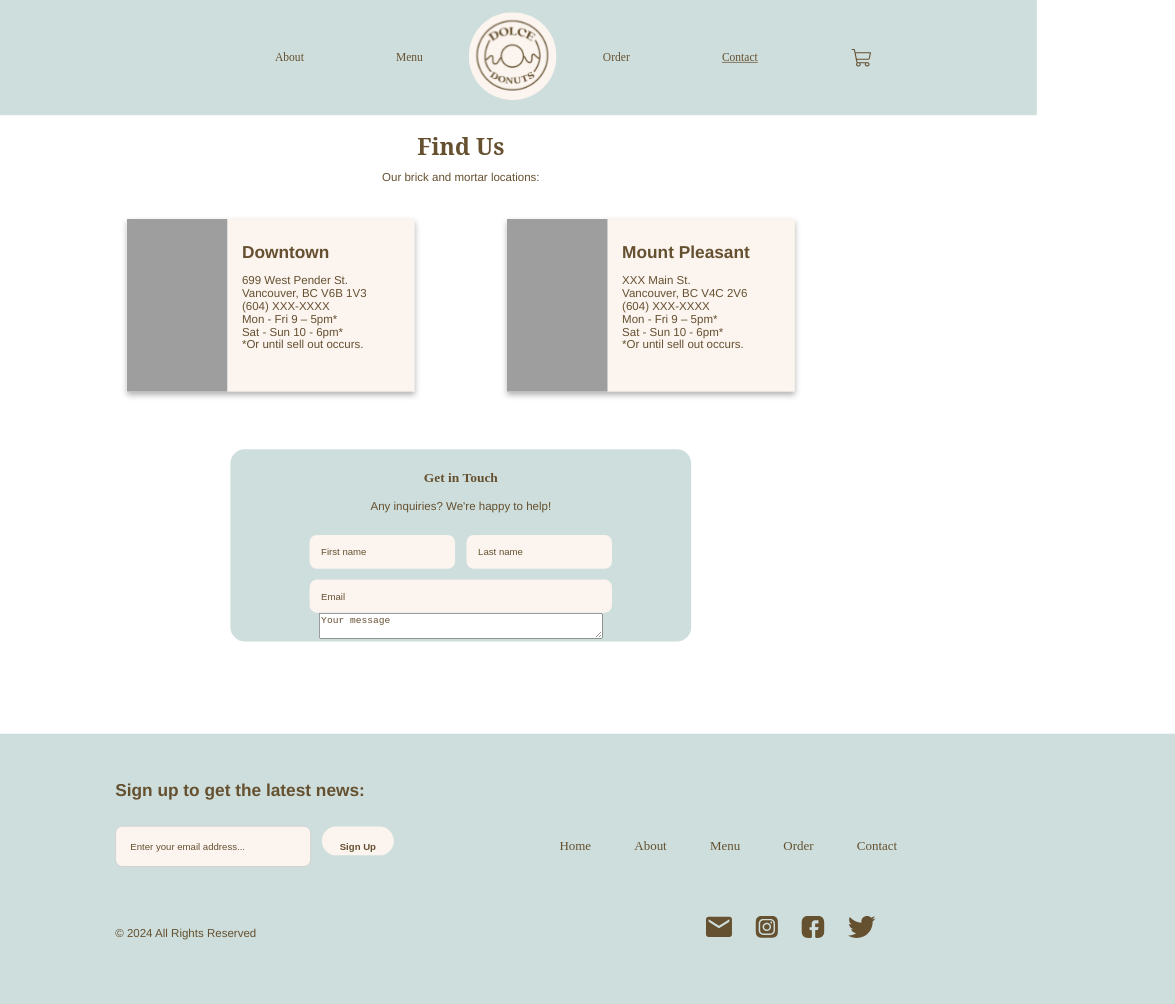
Repository: Crystalhtc/dolcedonuts
Page: /contact
An editor plug-in stored every save of this project. The page is shown before and after a run of saves, followed by the edit.
The browser window is 1280 px wide. The page is 1632 px wide, so the pictures cover 1632 px, including what lies to the right of the window. The pictures show the whole page, at 72% of full size.
Pictures or frames that could not be fetched are drawn as grey boxes. The project was rebuilt for these pictures with package versions that can differ from the ones it lists, and the page was loaded fresh each time. Also part of the build but not shown: vite.config.js, src/pages/Home.module.css, src/pages/Home.jsx, src/components/ProductCard/ProductCard.jsx, src/Data/products.js, src/pages/Order.css, src/pages/Menu.jsx, src/pages/Order.jsx and 13 more.

Above is the page before, as saved 2024-10-20 15:32:23.

### src/App.jsx
import React from 'react';
import "./App.css";
import { BrowserRouter as Router, Route, Routes } from 'react-router-dom';
import Header from './components/Header/Header';
import Footer from './components/Footer/Footer';
import Home from './pages/Home';
import Menu from './pages/menu';
import Order from './pages/order';
import Contact from './pages/Contact';
import About from './pages/About';
import Checkout from './pages/Checkout';
import Cart from './pages/Cart';
import ProductDetails from './pages/ProductDetails';
import PaymentReview from './pages/PaymentReview';

function App() {

  return (
    <Router>
      <Header />
      <Routes>
        <Route path="/" element={<Home />} />
        <Route path="/about" element={<About />} />
        <Route path="/menu" element={<Menu />} />
        <Route path="/order" element={<Order />} />
        {/* <Route path="/productdetails/:id" element={<ProductDetails />} /> */}
        <Route path="/productdetails" element={<ProductDetails />} />
        <Route path="/contact" element={<Contact />} />
        <Route path="/cart" element={<Cart />} />
        <Route path="/checkout" element={<Checkout />} />
        <Route path="/paymentreview" element={<PaymentReview />} />
      </Routes>
      <Footer />
    </Router>
  );
}

export default App;

### src/App.css
@import url('https://fonts.googleapis.com/css2?family=Arimo:ital,wght@0,400..700;1,400..700&display=swap');
@import url('https://fonts.googleapis.com/css2?family=Noto+Serif:ital,wght@0,100..900;1,100..900&display=swap');

:root {
    --mint: #CEDEDC;
    --cream: #FBF4EF;
    --pink: #F5CCD6;
    --dark-pink: #E3BBC5;
    --brown: #655030;
    --dark-brown: #4C3B22;
}
body {
    margin: 0 auto;
}
/* font */
/* heading, button */
h1 {
    font-family: "Noto Serif", serif;
    color: #655030;
    font-size: 28pt;
}
/* subheading */
h2 {
    font-size: 24pt;
    font-family: 'Arimo', sans-serif;
    color: #655030;
}
/* paragraph */
p {
    font-family: 'Arimo', sans-serif;
    color: #655030;
}

.container {
    max-width: 1440px;
    margin: 0 auto;
    height: auto;
    /* padding: 20px;  */
}

### src/components/Header/Header.jsx
import { NavLink } from 'react-router-dom';
import styles from './Header.module.css';
import logo from '../../assets/logo.svg';
import cartIcon from '../../assets/cart-icon.svg';

export default function Header() {
  return (
    <nav className={styles.nav}>
      <ul className={styles.navList}>
        <li className={styles.navItem}>
          <NavLink to="/about" className={({ isActive }) => (isActive ? styles.activeLink : undefined)}>About</NavLink>
        </li>
        <li className={styles.navItem}>
          <NavLink to="/menu" className={({ isActive }) => (isActive ? styles.activeLink : undefined)}>Menu</NavLink>
        </li>
        <li className={styles.logoContainer}>
          <NavLink to="/">
            <img src={logo} alt="Logo" className={styles.logo} />
          </NavLink>
        </li>
        <li className={styles.navItem}>
          <NavLink to="/order" className={({ isActive }) => (isActive ? styles.activeLink : undefined)}>Order</NavLink>
        </li>
        <li className={styles.navItem}>
          <NavLink to="/contact" className={({ isActive }) => (isActive ? styles.activeLink : undefined)}>Contact</NavLink>
        </li>
        <li className={styles.navItem}>
          <NavLink to="/cart" className={({ isActive }) => (isActive ? styles.activeLink : undefined)}>
            <img src={cartIcon} alt="Cart" className={styles.cartIcon} />
          </NavLink>
        </li>
      </ul>
    </nav>
  );
}

### src/components/Footer/Footer.jsx
import React from 'react';
import styles from './Footer.module.css';
import socialMediaIcons from '../../assets/social-media-icons.svg';

const Footer = () => {
    return (
        <footer className={styles.footer}> {/* Use styles for className */}
            <h2 className={styles.signUpMessage}>Sign up to get the latest news:</h2>

            <div className={styles.topContainer}>
                <div className={styles.newsletterSignup}> {/* Use styles for className */}
                    <input type="email" placeholder="Enter your email address..." />
                       <button className={styles.signupButton}>Sign Up</button> {/* Use styles for className */}
                </div>

                 <div className={styles.footerLinks}>
                     <ul className={styles.linkList}>
                        <li><a href="/">Home</a></li>
                        <li><a href="/about">About</a></li>
                        <li><a href="/menu">Menu</a></li>
                        <li><a href="/order">Order</a></li>
                        <li><a href="/contact">Contact</a></li>
                    </ul>
                </div>
            </div>

            <div className={styles.footerBottomContainer}>
                <p>© 2024 All Rights Reserved</p>
                <div className={styles.socialMedia}> {/* Use styles for className */}
                    <img src={socialMediaIcons} alt="Social Media Icons" />
                </div>
            </div>
        </footer>
    );
};

export default Footer;

### src/pages/Contact.jsx
import styles from './Contact.module.css';
import Form from '../components/ContactUsForm/ContactForm';

export default function Contact() {
    return(
        <div className={styles.contactUsContainer}>
            <h1 className={styles.contactUsH1}>Find Us</h1>
            <p>Our brick and mortar locations:</p>
                <div className={styles.contactUsCardContainer}>
                    <div className={styles.contactUsCard}>
                        <div className={styles.locationOne}>
                            <img src="https://images.unsplash.com/photo-1574033566548-f6c3f48cc11e?q=80&w=2160&auto=format&fit=crop&ixlib=rb-4.0.3&ixid=M3wxMjA3fDB8MHxwaG90by1wYWdlfHx8fGVufDB8fHx8fA%3D%3D"
                            alt="cafe table 1"
                            width={140}
                            height={240}
                            className={styles.contactUsImg}
                            />
                            <div>
                                <h2 className={styles.contactUsText}>Downtown</h2>
                                    <p className={styles.contactUsText}> 699 West Pender St.
                                    <br/>
                                    Vancouver, BC V6B 1V3
                                    <br/>
                                    (604) XXX-XXXX
                                    <br/>
                                    Mon - Fri  9 – 5pm*
                                    <br/>
                                    Sat - Sun 10 - 6pm*
                                    <br/>
                                    *Or until sell out occurs.
                                    </p>
                            </div>

                        </div>
                    </div>

                    <div className={styles.contactUsCard}>
                        <div className={styles.locationOne}>
                            <img src="https://images.unsplash.com/photo-1613274554329-70f997f5789f?q=80&w=2574&auto=format&fit=crop&ixlib=rb-4.0.3&ixid=M3wxMjA3fDB8MHxwaG90by1wYWdlfHx8fGVufDB8fHx8fA%3D%3D"
                            alt="cafe table 2"
                            width={140}
                            height={240}
                            className={styles.contactUsImg}
                            />
                            <div>
                                <h2 className={styles.contactUsText}>Mount Pleasant</h2>
                                    <p className={styles.contactUsText}> XXX Main St.
                                    <br/>
                                    Vancouver, BC V4C 2V6
                                    <br/>
                                    (604) XXX-XXXX
                                    <br/>
                                    Mon - Fri  9 – 5pm*
                                    <br/>
                                    Sat - Sun 10 - 6pm*
                                    <br/>
                                    *Or until sell out occurs.
                                    </p>
                            </div>
                        </div>
                    </div>
                </div>
            <Form/>
        </div>
    )
}

### src/components/Header/Header.module.css
.nav {
    width: 1440px;
    height: 160px;
    background-color: var(--mint);
    display: flex;
    justify-content: center;
    flex-shrink: 0;
    margin: auto;
}

.navList {
    list-style-type: none;
    display: flex;
    justify-content: center;
    align-items: center;
    margin: 0;
    padding: 0;
    width: 100%;

    margin-left: 11%;
}

.navItem {
    margin: 0 4rem;
}

.navItem a {
    text-decoration: none;
    color: var(--brown);
}

.logoContainer {
    flex: 0 0 auto;
}

.logo {
    width: 122px;
    height: 122px;
    object-fit: contain;
}

.cartIcon {
    width: 36px;
    height: auto;
}

.navItem .activeLink {
    text-decoration: underline;
    color: var(--brown);
}

### src/components/Footer/Footer.module.css
.footer {
    width: 1440px;
    height: 312px;
    background-color: var(--mint);
    padding: 2rem;
    color: var(--brown);
    padding-left: 10rem;
    flex-shrink: 0;
    margin: auto;
}

.topContainer {
    display: flex;
    align-items: center;
    gap: 10rem;
}

.footerBottomContainer {
    display: flex;
    margin-top: 3rem;
    gap: 39rem;
}

.newsletterSignup input {
    padding: 20px;
    width: 230px;
    border: 1px solid #ccc;
    background-color: var(--cream);
    border-radius: 10px;
}

.signupButton {
    width: 100px;
    padding: 20px;
    margin-left: 15px;
    background-color: var(--cream);
    color: var(--brown);
    font-weight: bold;
    border: none;
    border-radius: 20px;
}

.footerLinks {
    margin: 20px 0;
    display: flex;
    font-size: large;
}

.linkList a {
    color: var(--brown);
    list-style-type: none;
    text-decoration: none;
}

.linkList li {
    text-decoration: none;
    display: inline;
    margin: 0 30px;
}

.socialMedia img {
    width: 250px;
    height: auto;
}

### src/pages/Contact.module.css
.contactUsContainer {
    text-align: center;
}

.contactUsH1 {
    margin-bottom: -2px;
}

.contactUsCardContainer {
    display: flex;
    gap: 10%;
    justify-content: center;
    margin-top: 3rem;
}

.locationOne {
    display: flex;
}

.contactUsText {
    text-align: left;
    padding-left: 20px;
}

.contactUsCard {
    background-color: var(--cream);
    width: 400px;
    box-shadow: 0 4px 8px rgba(0, 0, 0, 0.3);
    margin-bottom: 5rem;
}

### src/components/ContactUsForm/ContactForm.jsx
import { useState } from "react";
import styles from './ContactForm.module.css';

export default function Form() {
    const [firstName, setFirst] = useState('');
    const [lastName, setLast] = useState('');
    const [submitted, setSubmitted] = useState(false);

    const handleSubmission = async (e) => {
        e.preventDefault();
        console.log('Thank you for your inquiry!');
        setSubmitted(true);
    };

    return (
        <>
            {submitted ? (
                <div className={styles.successfulMessage}>
                    <h2>Thank you for your inquiry!</h2>
                    <p>You will hear from us within 14 business days.</p>
                </div>
            ) : (
                <form onSubmit={handleSubmission} className={styles.formContainer}>
                    <div className={styles.nameContainer}>
                        <h3>Get in Touch</h3>
                        <p>Any inquiries? We're happy to help!</p>
                        <div className={styles.nameFieldContainer}>
                            <div className={styles.nameField}>
                                <input
                                    className={styles.inputWidth}
                                    name="firstName"
                                    placeholder="First name"
                                    type="text"
                                    value={firstName}
                                    onChange={(e) => setFirst(e.target.value)}
                                    required
                                />
                            </div>
                            <div className={styles.nameField}>
                                <input
                                    className={styles.inputWidth}
                                    name="lastName"
                                    placeholder="Last name"
                                    type="text"
                                    value={lastName}
                                    onChange={(e) => setLast(e.target.value)}
                                    required
                                />
                            </div>
                        </div>
                        <div>
                            <input className={styles.emailPlaceholder} type="email" name="email" placeholder="Email"/>
                        </div>

                        <div>
                            <textarea className={styles.messagePlaceholder} name="message" placeholder="Your message"></textarea>
                        </div>
                    </div>

                </form>
            )}
        </>
    );
}

{/* <div className={styles.contactFormContainer}>
            <h2>Get in touch</h2>
            <p>Any inquiries? We're happy to help.</p>
            <form className={styles.form}>
                <div className={styles.formPlaceholdersName}>
                    <input type="text" name="firstName" placeholder="First name"/>
                    <br/>
                    <input type="text" name="lastName" placeholder="Last name"/>
                </div>

                <div className={styles.formPlaceholders}>

                </div>

                <div className={styles.formPlaceholders}>
                    <input type="email" name="email" placeholder="Email"/>
                </div>

                <div className={styles.formPlaceholders}>
                    <textarea name="message" placeholder="Your message"></textarea>
                </div>
            </form>
        </div> */}

### src/pages/PaymentReview.module.css

.reviewContainer > h1 {
    margin: 2rem auto;
    text-align: center;
    color: var(--brown);
}

.orderReview {
    display: flex;
    justify-content: space-between;
    align-items: start;
    width: 100%;
    gap: 2rem;
}

.orderDetails {
    flex: 2;
    margin-left: 2rem;
}

.orderSummary {
    flex: 1;
    padding: 2rem;
    height: fit-content;
    border-left: 1px solid var(--brown);
}

.orderTable {
    border-collapse: collapse;
    background: var(--cream);
}

.orderTable tr {
    border: 1px solid var(--brown);
}

.orderTable td {
    padding: 1rem;
    color: var(--brown);
}

.orderTable td:first-child {
    font-weight: bold;
    width: 30%;
}

.productList {
    display: flex;
    flex-direction: column;
    gap: 1rem;
    margin-bottom: 2rem;
}

.productCard {
    display: flex;
    gap: 1rem;
    padding: 1rem;
    border: 1px solid var(--brown);
    background-color: var(--cream);
    align-items: start;
    justify-content: start;
}

.productImage {
    width: 80px;
    height: 80px;
    background-color: #f0f0f0;
    border-radius: 4px;
}

.productInfo {
    flex: 1;
    color: var(--brown);
}

.productName {
    font-size: 1.2rem;
    font-weight: bold;
    color: var(--brown);
}

.productPrice {
    color: var(--brown);
    font-weight: bold;
}

.priceSummary {
    display: flex;
    flex-direction: column;
    margin-bottom: 2rem;
}

.subtotal, .tax, .total {
    display: flex;
    justify-content: space-between;
    align-items: center;
    color: var(--brown);
}

.total {
    font-weight: bold;
    font-size: 1.2rem;
    border-top: 1px solid var(--brown);
    padding-top: 1rem;
}

.continueButtonContainer {
    width: 100%;
    display: flex;
    justify-content: center;
    margin-top: 2rem;
}

.continueButton {
    width: 50%;
}

/* Section Headers */
h1 {
    margin-bottom: 2rem;
    font-size: 2rem;
    color: var(--brown);
}

/* Responsive Design */
@media (max-width: 768px) {
    .reviewContainer {
        padding: 1rem;
    }

    .orderSummary {
        width: 100%;
        border-left: none;
        border-top: 1px solid var(--brown);
        padding-top: 2rem;
    }

    .continueButton button {
        width: 100%;
    }

    .orderTable td {
        display: block;
        width: 100%;
    }

    .orderTable td:first-child {
        width: 100%;
        padding-bottom: 0;
    }
}

### src/components/ProductCard/ProductCard.module.css
.container {
    width: 340px;
    height: 530px;
    border-radius: 8px;
    padding: 18px 8px;
    box-shadow: 0px 4px 4px 0px rgba(0, 0, 0, 0.25);
    display: flex;
    flex-direction: column;
    align-items: center;
}
.priceAndButton {
    display: flex;
    flex-direction: row;
    align-items: center;
    gap: 10em;
}
button {
    width: 95px;
    height: 36px;
    border-radius: 8px;
    border: none;
    color: var(--brown);
    background: var(--Cream, #FBF4EF);
}
button h2 {
    margin: 0;
}

### src/components/ContactUsForm/ContactForm.module.css
.form {
    justify-content: left;
    text-align: left;
}
.formPlaceholdersName {
    display: flex;
}

.contactFormContainer {
    text-align: center;
}

.nameFieldContainer {
    display: flex;
    justify-content: center;
    gap: 1rem;
    padding-top: 15px;
    padding-bottom: 15px;

}

.inputWidth{
    width: 170px;
    border-radius: 10px;
}

.emailPlaceholder {
    width: 388px;
    border-radius: 10px;
    padding-bottom: 15px;
}

.messagePlaceholder {
    width: 388px;
}

form {
    background-color: var(--mint);
    margin-left: 25%;
    margin-right: 25%;
    margin-bottom: 10%;
    padding-top: 10px;
    border-radius: 20px;
}

Loaded but not shown: index.html (common file); src/main.jsx (common file); src/pages/Checkout.module.css (265 lines, source omitted)

After the next 3 saves:
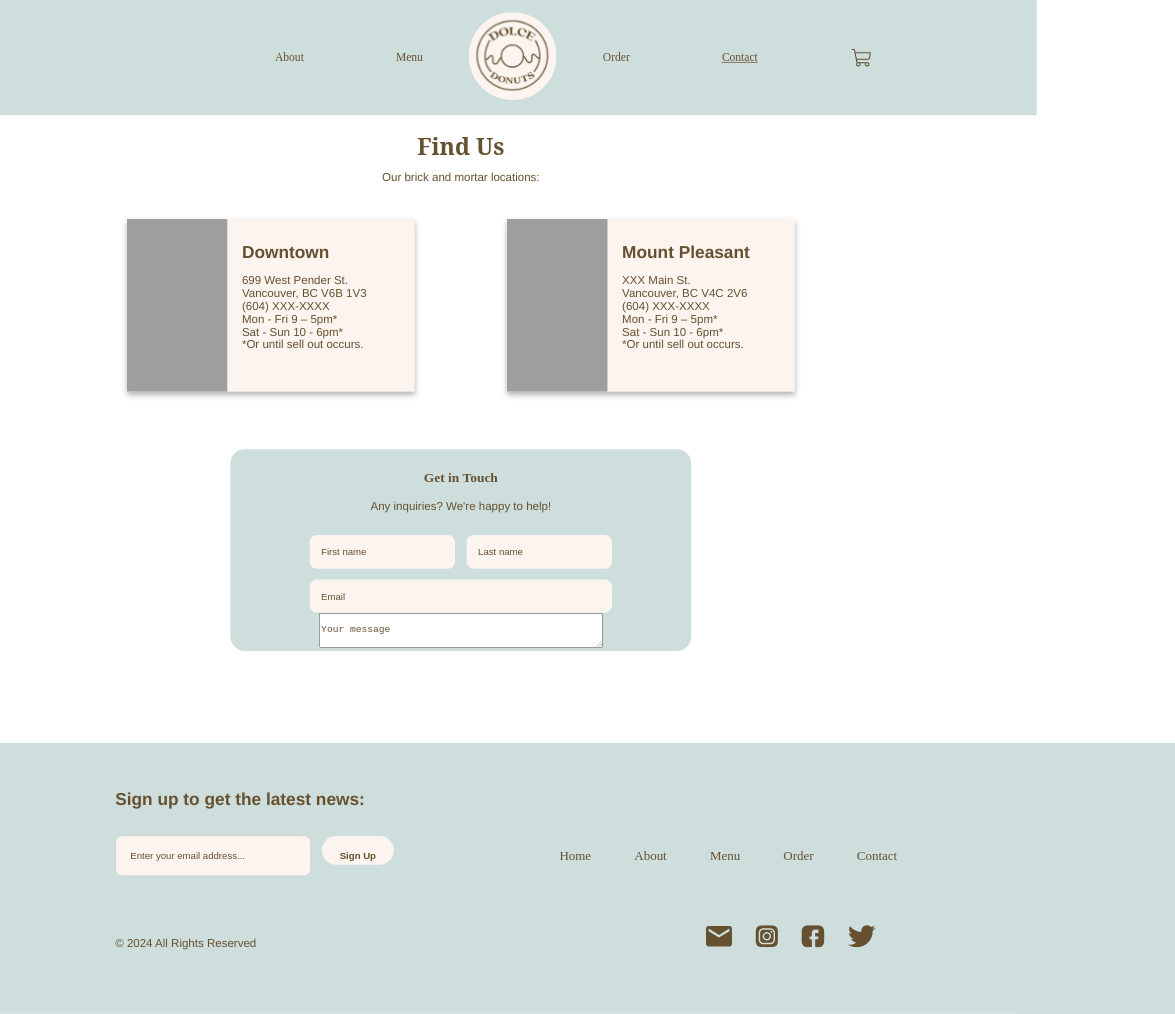
The 3 saves are shown as one change because they came seconds apart.
The last was saved 13 s later.
--- a/src/components/ContactUsForm/ContactForm.module.css
+++ b/src/components/ContactUsForm/ContactForm.module.css
@@ -31,6 +31,7 @@
 }
 
 .messagePlaceholder {
+    padding-top: 15px;
     width: 388px;
 }
 

After the save that followed:
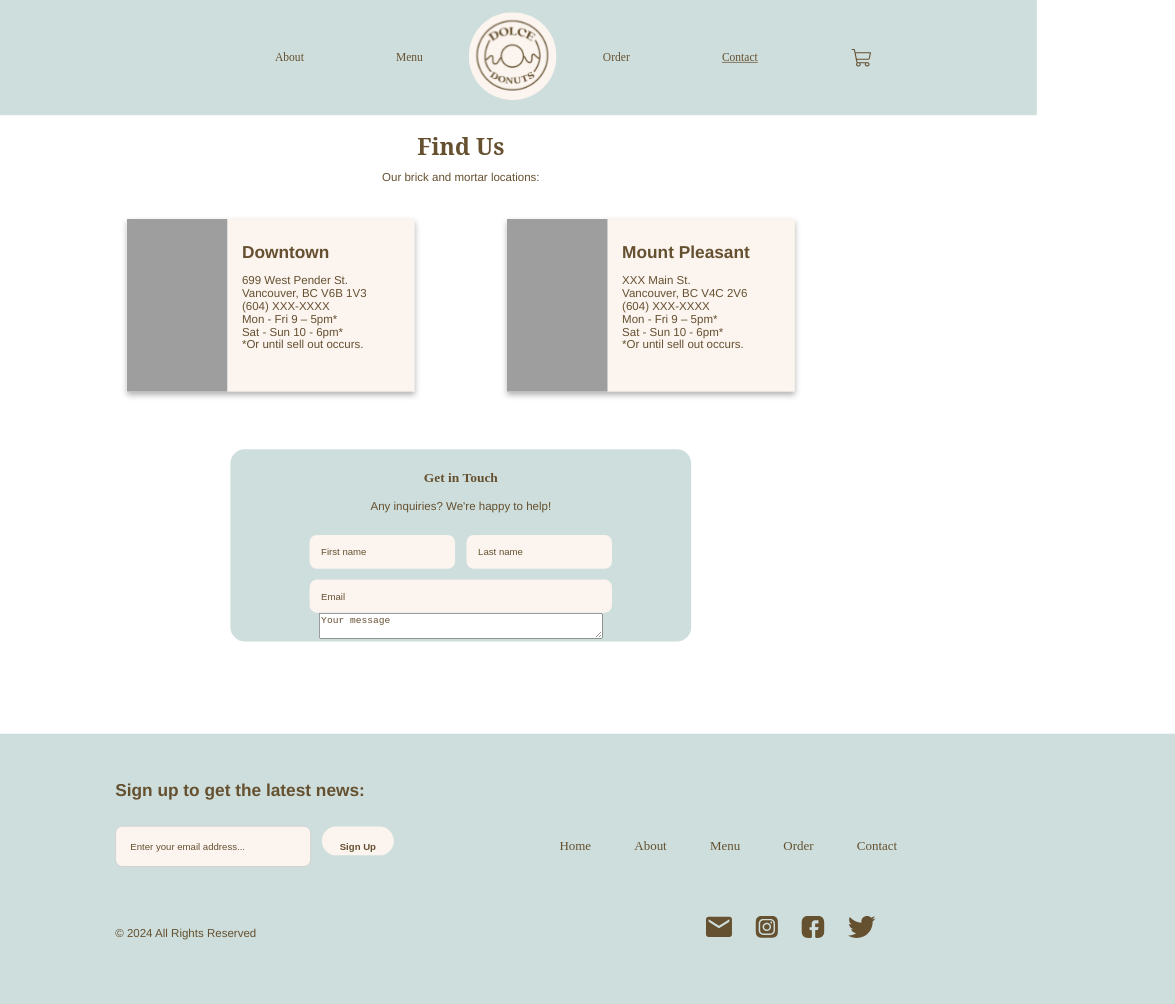
Saved 6 s later.
--- a/src/components/ContactUsForm/ContactForm.module.css
+++ b/src/components/ContactUsForm/ContactForm.module.css
@@ -31,7 +31,6 @@
 }
 
 .messagePlaceholder {
-    padding-top: 15px;
     width: 388px;
 }
 
